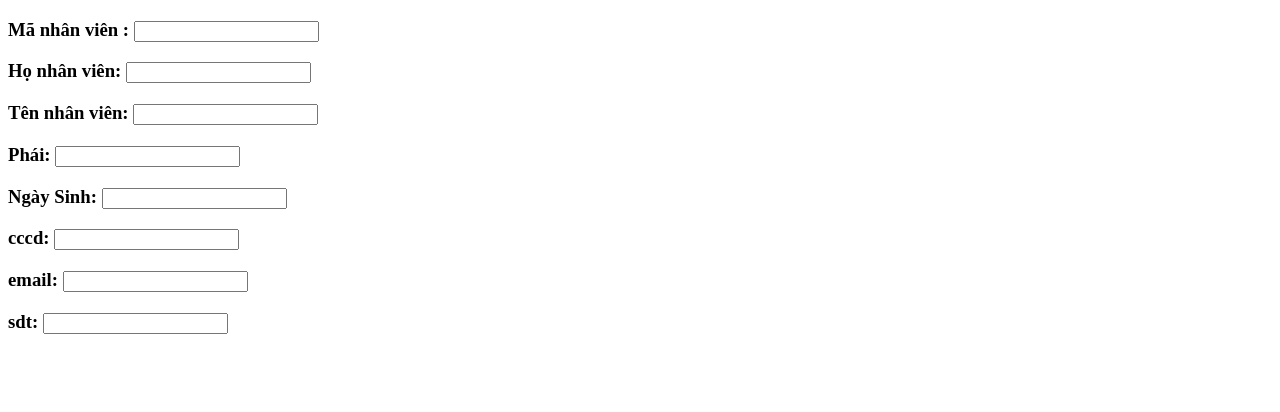
Repository: QuanghuyK1/CNPM
Page: http://localhost/CNPM/WEB-INF/views/admin/info.jsp
The author's editor kept a copy of each file at every save. The page is drawn from the files as they stood at one save, then again after the next save.
The browser window is 1280 px wide. The pictures show the whole page.
The page is served by Tomcat 9. Nobody is signed in. Other server files are loaded and not shown. The template is opened directly, without the code that normally fills it, so the values that code supplies are empty.

Above is the page before, as saved 2022-04-23 03:19:16.

### CNPM-main/WebXeKhach/CNPM/src/main/webapp/WEB-INF/views/admin/info.jsp
<%@ page language="java" contentType="text/html; charset=utf-8"
	pageEncoding="utf-8"%>
<%@ taglib uri="http://java.sun.com/jsp/jstl/core" prefix="c"%>
<%@taglib uri="http://www.springframework.org/tags/form" prefix="form"%>
<!DOCTYPE html>
<html>
<head>
<meta charset="utf-8">
<title>Insert title here</title>
</head>
<body>
	<form:form modelAttribute = "nv" method = "get">
		<h3>
			Mã nhân viên : <form:input path = "maNV" value = "${nv.maNV }"/>
		</h3>
		<h3>Họ nhân viên: <form:input path = "hoNV" value = "${nv.hoNV }"/></h3>
		<h3>Tên nhân viên: <form:input path = "tenNV" value = "${nv.tenNV }"/></h3>
		<h3>Phái:
				<input path = "phai" value = "${nv.phai }">

		</h3>
		<h3>Ngày Sinh:
			<form:input path = "ngaySinh" value = "${date }"/>
		</h3>
		<h3>cccd: <form:input path = "cccd" value = "${nv.cccd }"/></h3>
		<h3>email: <form:input path = "email" value = "${nv.email }"/></h3>
		<h3>sdt: <form:input path = "sdt" value = "${nv.sdt }"/></h3>

	</form:form>
</body>
</html>

After the next save:
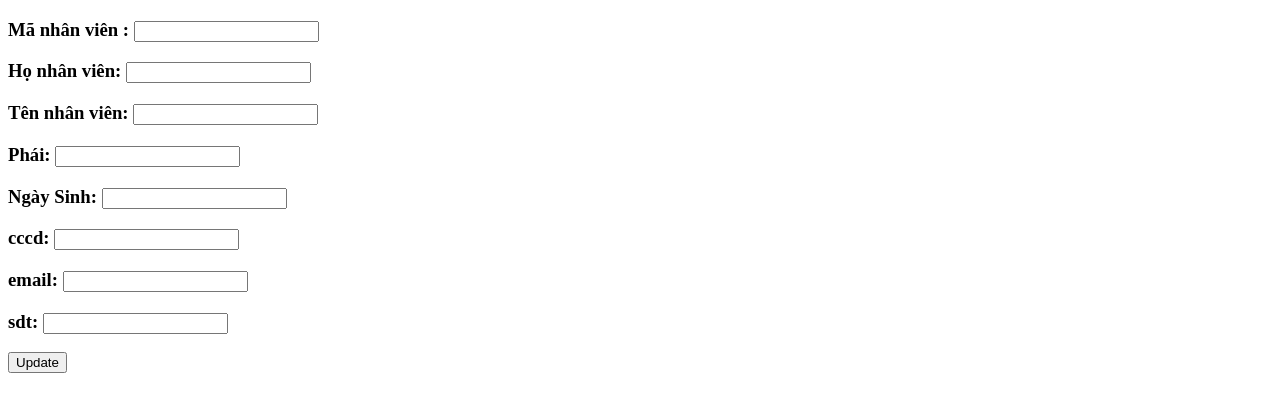
Saved 16 min 32 s later.
--- a/CNPM-main/WebXeKhach/CNPM/src/main/webapp/WEB-INF/views/admin/info.jsp
+++ b/CNPM-main/WebXeKhach/CNPM/src/main/webapp/WEB-INF/views/admin/info.jsp
@@ -9,7 +9,7 @@
 <title>Insert title here</title>
 </head>
 <body>
-	<form:form modelAttribute = "nv" method = "get">
+	<form:form action = "update.htm" modelAttribute = "nv" method = "get">
 		<h3>
 			Mã nhân viên : <form:input path = "maNV" value = "${nv.maNV }"/>
 		</h3>
@@ -25,7 +25,7 @@
 		<h3>cccd: <form:input path = "cccd" value = "${nv.cccd }"/></h3>
 		<h3>email: <form:input path = "email" value = "${nv.email }"/></h3>
 		<h3>sdt: <form:input path = "sdt" value = "${nv.sdt }"/></h3>
-
+		<button>Update</button>
 	</form:form>
 </body>
 </html>
